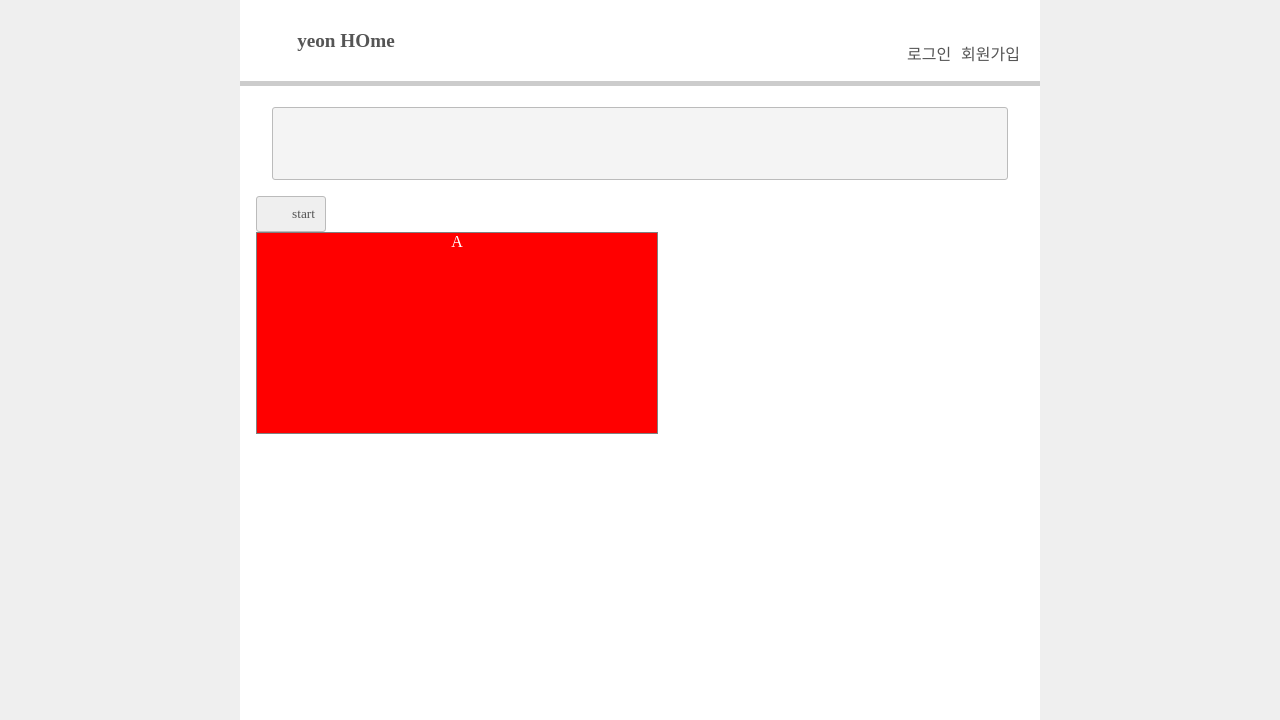
Repository: yeonhwa323/webPro
Page: webPro/src/main/webapp/jquery/days09/ex05_06.html
An editor plug-in stored every save of this project. The page is shown before and after the next save, followed by the edit.
The browser window is 1280 px wide. The pictures show the whole page.
Some web fonts or font styles are not loaded; a fallback is used.

Above is the page before, as saved 2024-04-17 06:22:28.

### webPro/src/main/webapp/jquery/days09/ex05_06.html
<!DOCTYPE html>
<html>
<head>
<meta charset="UTF-8">
<meta name="viewport" content="width=device-width, initial-scale=1.0">
<title>Insert title here</title>
<link rel="shortcut icon" type="image/x-icon" href="http://localhost/webPro/images/SiSt.ico">
<script src="https://ajax.googleapis.com/ajax/libs/jquery/3.7.1/jquery.min.js"></script>
<link rel="stylesheet" href="http://localhost/webPro/resources/cdn-main/example.css">
<script src="http://localhost/webPro/resources/cdn-main/example.js"></script>
<style>
 span.material-symbols-outlined{
   vertical-align: text-bottom;
 }
</style>
<style>
  .container{
    width: 400px;
    height: 200px;
    border:1px solid gray;
    position: relative;
    overflow: hidden;
  }
   .container div{
      height: 100%;
      width: 100%;
      position: absolute;
      color:white;
      text-align: center;
   }
   #box1{ background-color: red ; }
   #box2{ background-color: blue }
</style>

</head>
<body>
<header>
  <h1 class="main"><a href="#" style="position: absolute;top:30px;">yeon HOme</a></h1>
  <ul>
    <li><a href="#">로그인</a></li>
    <li><a href="#">회원가입</a></li>
  </ul>
</header>
<div>
  <xmp class="code">

  </xmp>

  <button>start</button>

<div class="container">
  <div id="box2">B</div>
  <div id="box1">A</div>
</div>

</div>

 <script>
  $("#box2").css("left", $("#box2").width());

  $("button").on("click", function(){
	  $(".container div:first")
	  	  .stop(true, true)
	  	  .animate( {left:"-=400px"}, { queue:false})
	  	  .next()
	  	    .stop(true, true)
	  	    .animate({left:"-=400px"}, function() {
	  	    	let box = $(this).prev().detach();
	  	    	$(".container").append( box );
	  	    	box.css("left", "400px");
	  	    });
  });

 </script>

</body>
</html>

### webPro/src/main/webapp/resources/cdn-main/example.css
@charset "UTF-8";

@import url('https://fonts.googleapis.com/css2?family=Material+Symbols+Outlined:opsz,wght,FILL,GRAD@20..48,100..700,0..1,-50..200');

@font-face {
    font-family: 'GmarketSansMedium';
    src: url('https://cdn.jsdelivr.net/gh/projectnoonnu/noonfonts_2001@1.1/GmarketSansMedium.woff') format('woff');
    font-weight: normal;
    font-style: normal;
}

:root {
	--text-color: #555;
	--sub-text-color: #777;
	--back-color: #EFEFEF;
	--header-color: #444;
	--primary-color: #DEDEDE;
	--secondary-color: #EFEFEF;
	--default-width: 800px;
	--narrow-width: 500px;
	--wide-width: 1200px;
	--text-font: 'GmarketSansMedium';
	--icon-font: 'Material Symbols Outlined';
	--border-color: #CCC;
}

html, body {
	margin: 0;
	padding: 0;
}

html {
	background-color: var(--back-color);
	display: flex;
	justify-content: center;
	min-height: 100vh;
}

body, body.default {
	width: var(--default-width);
	background-color: white;
	padding-bottom: 120px;
}

body.wide {
	width: var(--wide-width);
}

body.narrow {
	width: var(--narrow-width);
}



body, p, div, span, a, input, select, option, textarea, button, table, th, td, label, fieldset, legend {
	font-family: var(--text-font);
	color: var(--text-color);
}

h1, h2, h3 {
	font-family: var(--text-font);
	color: var(--header-color);
	padding: 0 1rem;
	padding-top: .5rem;
}

div > h1, div > h2, div > h3 {
	padding: 0;
}

body > div, body > main > div {
	padding: 0.3rem 1rem;
}


h1 { font-size: 2rem; border-bottom: 1px solid var(--border-color); }
h1 small { font-size: 1.2rem; color: var(--sub-text-color); }
h2 { font-size: 1.5rem; border-bottom: 1px dashed var(--border-color); }
h2 small { font-size: 1.1rem; color: --sub-text-color; }
h3 { font-size: 1.2rem; }
h3 small { font-size: 1rem; color: --sub-text-color; }



h1.main::before {
	font-family: var(--icon-font);
  	content: '\e666';
  	margin-right: 10px;
  	float: left;
	font-size: 2.5rem;
}

h1.sub::before {
	font-family: var(--icon-font);
  	content: '\ea19';
  	margin-right: 10px;
  	float: left;
	font-size: 2.5rem;
}


h1.page::before {
	font-family: var(--icon-font);
  	content: '\e0e0';
  	margin-right: 10px;
  	float: left;
	font-size: 2.5rem;
}

body > header > ul > li > .active{
	background-color: #FFF;
	color:#F00;
}

body > header {
	display: flex;
	justify-content: space-between;
	border-bottom: 5px solid var(--border-color);
	min-height: 74px;
	background-color: #FFF;
}

body > header.sticky {
	position: sticky;
	top: 0;
	z-index: 98;
}

body > header > h1 {
	font-size: 1.2rem;
	border: 0;
}

body > header.in > h1::before {
	font-family: var(--icon-font);
  	content: '\e332‥';
  	margin-right: 3px;
  	float: left;
	font-size: 2rem;
}


body > header > ul {
	list-style-type: none;
	display: flex;
	align-items: flex-end;
	margin-right: 10px;
}

body > header > ul > li {
	margin-right: 10px;
	cursor: pointer;
}

body > header > ul > li > a {
	cursor: pointer;
}


form {
	display: block;
}

form > div {
	padding: 0.3rem 1rem;
}

div > form > div {
	padding: 0.3rem 0;
}

input, textarea, button, select {
	border: 1px solid #BBB;
	border-radius: 3px;
	outline: none;
	resize: none;
	padding: 7px;
	margin: 0;
}

input[type=text]:read-only, textarea:read-only {
	cursor: not-allowed;
	background-color: #FFF;
}

input[type=text]:disabled, textarea:disabled {
	cursor: not-allowed;
	background-color: #EEE;
}

input[type=text], input[type=password], textarea, button, select {
	/* width: 300px; */
}

textarea {
	display: block;
	height: 100px;
}

input[type=button], input[type=submit], button {
	/* width: inherit; */
}

input.short, textarea.short, button.short, select.short {
	width: 100px;
}

input.long, textarea.long, button.long, select.long {
	width: 350px;
}

.narrow input.long, .narrow textarea.long, .narrow button.long, .narrow select.long {
	width: calc(100% - 20px);
}

input.full, textarea.full, button.full, select.full {
	width: calc(100% - 20px);
}

textarea.short {
	height: 50px;
}

textarea.long {
	height: 100px;
}

textarea.full {
	height: 200px;
}

input, textarea {
	padding-top: 8px;
}

input[type=button], input[type=submit], button {
	padding: 5px 10px;
	background-color: var(--secondary-color);
	cursor: pointer;
	min-height: 36px;
}

input[type=button].primary, input[type=submit].primary, button.primary {
	/* background-color: rgba(100, 149, 237, .2); */
	background-color: var(--primary-color);
}

input[type=button].primary:hover, input[type=submit].primary:hover, button.primary:hover {
	/* background-color: rgba(100, 149, 237, .3); */
	background-color: var(--secondary-color);
}

input[type=button]:hover, input[type=submit]:hover, button:hover {
	background-color: var(--primary-color);
}

button {
	position: relative;
	left: 0;
	top: 0;
	padding-left: 35px;
}

button .material-symbols-outlined {
	position: absolute;
	left: 10px;
	top: 4px;
}

/* k2nik add */
button.login::before {
	font-family: var(--icon-font);
  	content: '\ea77';
	position: absolute;
	left: 11px;
	top: 4px;
	font-size: 1.25rem;
}

/* k2nik logout */
button.logout::before {
	font-family: var(--icon-font);
  	content: '\e9ba';
	position: absolute;
	left: 11px;
	top: 4px;
	font-size: 1.25rem;
}

/* k2nik help */
button.help::before {
	font-family: var(--icon-font);
  	content: '\f1c0';
	position: absolute;
	left: 11px;
	top: 4px;
	font-size: 1.25rem;
}

button.add::before{
	font-family: var(--icon-font);
  	content: '\e746';
	position: absolute;
	left: 11px;
	top: 4px;
	font-size: 1.25rem;
}

button.back::before {
	font-family: var(--icon-font);
  	content: '\e166';
	position: absolute;
	left: 11px;
	top: 4px;
	font-size: 1.25rem;
}

button.list::before {
	font-family: var(--icon-font);
  	content: '\e0ee';
	position: absolute;
	left: 11px;
	top: 4px;
	font-size: 1.25rem;
}


button.del::before {
	font-family: var(--icon-font);
  	content: '\e872';
	position: absolute;
	left: 11px;
	top: 4px;
	font-size: 1.25rem;
}


button.edit::before {
	font-family: var(--icon-font);
  	content: '\e745';
	position: absolute;
	left: 11px;
	top: 4px;
	font-size: 1.25rem;
}


button.login::before {
	font-family: var(--icon-font);
  	content: '\ea77';
	position: absolute;
	left: 11px;
	top: 4px;
	font-size: 1.25rem;
}


button.logout::before {
	font-family: var(--icon-font);
  	content: '\e9ba';
	position: absolute;
	left: 11px;
	top: 4px;
	font-size: 1.25rem;
}


button.in::before {
	font-family: var(--icon-font);
  	content: '\f71a';
	position: absolute;
	left: 11px;
	top: 4px;
	font-size: 1.25rem;
}


button.out::before {
	font-family: var(--icon-font);
  	content: '\f70e';
	position: absolute;
	left: 11px;
	top: 4px;
	font-size: 1.25rem;
}


button.reply::before {
	font-family: var(--icon-font);
  	content: '\e15e';
	position: absolute;
	left: 11px;
	top: 4px;
	font-size: 1.25rem;
}


button.comment::before {
	font-family: var(--icon-font);
  	content: '\e0b9';
	position: absolute;
	left: 11px;
	top: 4px;
	font-size: 1.25rem;
}


button.modal::before {
	font-family: var(--icon-font);
  	content: '\e89e';
	position: absolute;
	left: 11px;
	top: 4px;
	font-size: 1.25rem;
}


button.ok::before {
	font-family: var(--icon-font);
  	content: '\e86c';
	position: absolute;
	left: 11px;
	top: 4px;
	font-size: 1.25rem;
}


button.cancel::before {
	font-family: var(--icon-font);
  	content: '\e5c9';
	position: absolute;
	left: 11px;
	top: 4px;
	font-size: 1.25rem;
}

button.search::before {
	font-family: var(--icon-font);
  	content: '\e8b6';
	position: absolute;
	left: 11px;
	top: 4px;
	font-size: 1.25rem;
}

button.home::before {
	font-family: var(--icon-font);
  	content: '\e88a';
	position: absolute;
	left: 11px;
	top: 4px;
	font-size: 1.25rem;
}


button.sidebar::before {
	font-family: var(--icon-font);
  	content: '\f7e4';
	position: absolute;
	left: 11px;
	top: 4px;
	font-size: 1.25rem;
}


button.sidebar-right::before {
	font-family: var(--icon-font);
  	content: '\f7e5';
	position: absolute;
	left: 11px;
	top: 4px;
	font-size: 1.25rem;
}




button::before {
	font-family: var(--icon-font);
  	content: '\e323';
	position: absolute;
	left: 11px;
	top: 4px;
	font-size: 1.25rem;
}


table {
	border-collapse: collapse;
	margin: 1rem;
	box-sizing: border-box;
	width: calc(100% - 32px);
}

table.content {
	width: auto;
}

div > table {
	margin: 0;
}

table th, table td {
	border: 1px solid var(--border-color);
	padding: 7px;
	font-weight: normal;
}

table th {
	background-color: var(--back-color);
}

table.vertical th {
	width: 150px;
}

table.vertical td {
	width: calc(100% - 182px);
	padding-left: 10px;
}

table.content td, table.content th {
	width: auto;
}

body.narrow table.vertical th {
	width: 100px;
}

body.narrow table.vertical td {
	width: calc(100% - 182px);
}


table + table {
	margin-top: 30px;
}


p {
	padding: 0 1rem;
}

a {
	text-decoration: none;
}

a:hover {
	color: rgba(255, 99, 71, .7);
}

hr {
	border: 0;
	border-top: 1px solid var(--border-color);
	margin: 2rem 0;
}

.message {
	border: 1px solid var(--border-color);
	background-color: #EFEFEF;
	margin: 1rem;
	width: auto;
	padding-top: 10px;
	padding-bottom: 10px;
	font-size: 14px;
}

.message[title]::before {
	content: attr(title);
	display: block;
	border-bottom: 1px solid var(--border-color);
	padding-bottom: 5px;
	margin-bottom: 10px;
	margin-top: 7px;
}

.message.short {
	max-width: 250px;
}

.message.long {
	max-width: 500px;
}

.badge {
	float: right;
	font-size: .8rem;
	margin-top: 2px;
	margin-right: 2px;
	text-shadow: 0 0 7px gray;
}

.badge.left {
	float: none;
	margin-left: 2px;
}

.badge.right {
	float: right;
}

.badge.red {
	border-radius: 50%;
	padding: 2px 5px;
	background-color: rgb(255, 99, 71, .3);
}

.badge.yellow {

	border-radius: 50%;
	padding: 2px 5px;
	background-color: rgb(255, 215, 0, .5);
}

.badge.blue {
	border-radius: 50%;
	padding: 2px 5px;
	background-color: rgb(100, 149, 237, .3);
}

label + label {
	margin-left: 7px;
}

label input[type=checkbox], label input[type=radio] {
	transform: translate(0, 1px);
}

.group {
	display: flex;
}

.modal-content .group {
	margin-bottom: .5rem;
}

.group label {
	border: 1px solid #BBB;
	border-radius: 3px;
	outline: none;
	resize: none;
	padding: 7px 14px;
	margin: 0;
	border-top-right-radius: 0;
	border-bottom-right-radius: 0;
	background-color: #EFEFEF;
	white-space: nowrap;
	font-size: 14px;
}

.group input[type=text] {
	margin-left: -1px;
	border-top-left-radius: 0;
	border-bottom-left-radius: 0;
}

.group select {
	margin-left: -1px;
	border-top-left-radius: 0;
	border-bottom-left-radius: 0;
}

.group input.full[type=text] {
	margin-left: -1px;
	border-top-left-radius: 0;
	border-bottom-left-radius: 0;
	width: 100%;
}

.group input[type=button]:first-child, .group button:first-child {
	border-top-left-radius: 3px;
	border-bottom-left-radius: 3px;
	margin-left: 0px;
}

.group input[type=button], .group button {
	border-radius: 0;
	margin-left: -1px;
}

.group input[type=button]:last-child, .group button:last-child {
	margin-left: -1px;
	border-top-right-radius: 3px;
	border-bottom-right-radius: 3px;
}

.seperate {
	display: flex;
	justify-content: space-between;
}

div.list {
	width: max-content;
	margin: 1rem;
	border: 1px solid #BBB;
	border-radius: 3px;
	padding: 0;
}

div.list.full {
	width: auto;
	display: block;
	margin: 1rem;
	border: 1px solid #BBB;
	border-radius: 3px;
	padding: 0;
}

div.list > div {
	padding: .5rem 1rem;
	margin: 0;
	border-bottom: 1px solid #BBB;
}

div.list > div:last-child {
	border-bottom: 0;
}

pre.code , xmp.code{
	font-family: consols;
	background-color: rgba(150, 150, 150, .1);
	border: 1px solid #BBB;
	border-radius: 3px;
	padding: .5rem 1rem;
	padding-bottom: .6rem;
	margin: 1rem;
}




*[data-modal-window] {
	position: fixed;
	background-color: rgba(0, 0, 0, .3);
	left: 0;
	top: 0;
	display: none;
	justify-content: center;
	align-items: flex-start;
	width: 100%;
	min-height: 100vh;
	z-index: 100;
	opacity: 0;
	transition: 500ms all;
}

*[data-modal-window] .modal-container {
	border-radius: 5px;
	padding: 1rem;
	padding-bottom: .5rem;
	margin-top: -500px;
	opacity: 0;
	width: 500px;
	background-color: #FFF;
	margin-right: 2rem;
	transition: 500ms all;
}

*[data-modal-size=content] .modal-container {
	width: auto;
}

*[data-modal-size=narrow] .modal-container {
	width: 300px;
}

*[data-modal-size=wide] .modal-container {
	width: 760px;
}


*[data-modal-window] .modal-header {
	border-bottom: 1px solid var(--border-color);
	padding: 2px 5px;
}

*[data-modal-window] .modal-content {
	padding: 1rem 5px;
}

*[data-modal-window] .modal-content div:last-child {
	margin-top: 1rem;
	text-align: right;
}



*[data-sidebar-window] {
	position: fixed;
	background-color: #FFF;
	left: 0;
	top: 0;
	display: block;
	width: 300px;
	border-right: 1px solid var(--border-color);
	box-sizing: border-box;
	box-shadow: 0 0 3px var(--back-color);
	min-height: 100vh;
	z-index: 99;
	transform: translate(-300px, 0);
	transition-duration: 500ms;
	transition-property: transform;
}

*[data-sidebar-direction=right] {
	left: auto;
	right: 0;
	transform: translate(300px, 0);
	border-left: 1px solid var(--border-color);
}

*[data-sidebar-size=wide] {
	width: 500px;
	transform: translate(-500px, 0);
}

*[data-sidebar-window] .sidebar-title {
	border-bottom: 1px solid var(--border-color);
	margin-top: 20px;
	margin-bottom: 20px;
	padding-bottom: 5px;
	display: flex;
	justify-content: space-between;
}

*[data-sidebar-window] .sidebar-title span:last-child {
	cursor: pointer;
}


/* K2Nik pagination */
.center {
  text-align: center;
}

.pagination {
  display: inline-block;
}

.pagination a {
  color: black;
  float: left;
  padding: 3px 6px;
  text-decoration: none;
  transition: background-color .3s;
  border: 1px solid #ddd;
  margin: 0 3px;
}

.pagination a.active {
  background-color: #4CAF50;
  color: white;
  border: 1px solid #4CAF50;
}

.pagination a:hover:not(.active) {background-color: #ddd;}

### webPro/src/main/webapp/resources/cdn-main/example.js

window.onload = () => {

    const list = document.querySelectorAll('input, textarea');

    list.forEach(item => {
        item.setAttribute('autocomplete', 'off');
    });


    const modal_btn_list = document.querySelectorAll('*[data-modal-button]');

    modal_btn_list.forEach(item => {
        item.onclick = function() {

            const name = this.dataset['modalButton'];
            const modal_window = document.querySelector('*[data-modal-window=' + name);

            const container = document.createElement('div');
            container.className = 'modal-container';



            const modal_header = document.createElement('div');
            modal_header.textContent = modal_window.dataset['modalTitle'];
            modal_header.className = 'modal-header';
            container.appendChild(modal_header);

            const modal_content = document.createElement('div');
            modal_content.className = 'modal-content';
            container.appendChild(modal_content);

            Array.from(modal_window.childNodes).forEach(item => {
                modal_content.appendChild(item);
            });

            modal_window.appendChild(container);

            modal_window.style.display = 'flex';

            setTimeout(() => {
                modal_window.style.opacity = 1;
                container.style.marginTop = '20px';
                container.style.opacity = 1;
            }, 50);


            const modal_ok = document.querySelector('*[data-modal-ok=' + name);
            modal_ok.addEventListener('click', function() {
                modal_window.style.opacity = 0;
                container.style.marginTop = '-500px';
                container.style.opacity = 0;

                setTimeout(() => {
                    modal_window.innerHTML = modal_content.innerHTML;
                    modal_window.style.display = 'none';
                }, 500);

            });

            const modal_cancel = document.querySelector('*[data-modal-cancel=' + name);
            modal_cancel.addEventListener('click', function() {

                modal_window.style.opacity = 0;
                container.style.marginTop = '-500px';
                container.style.opacity = 0;

                setTimeout(() => {
                    modal_window.innerHTML = modal_content.innerHTML;
                    modal_window.style.display = 'none';
                }, 500);
            });


        };
    });


    const sidebar_btn_list = document.querySelectorAll('*[data-sidebar-button]');

    sidebar_btn_list.forEach(item => {
        item.onclick = function() {



            const name = this.dataset['sidebarButton'];
            const sidebar_window = document.querySelector('*[data-sidebar-window=' + name);

            if (sidebar_window.style.transform == 'translate(0px, 0px)') return;



            sidebar_window.style.transform = 'translate(0, 0)';

            const sidebar_title = document.createElement('div');
            sidebar_title.className = 'sidebar-title';
            sidebar_title.innerHTML = '<span>' + sidebar_window.dataset['sidebarTitle'] + '</span><span class="material-symbols-outlined">close</span>';

            sidebar_title.children[1].onclick = function() {

                let sign = 1;
                let distance = 300;

                if (sidebar_window.dataset['sidebarDirection'] != 'right') {
                    sign = -1;
                } else {
                    sign = 1;
                }

                if (sidebar_window.dataset['sidebarSize'] != 'wide') {
                    distance = 300;
                } else {
                    distance = 500;
                }

                distance *= sign;

                sidebar_window.style.transform = 'translate(' + distance + 'px, 0)';

                setTimeout(function() {
                    sidebar_window.removeChild(sidebar_window.children[0]);
                }, 500);
            };


            sidebar_window.prepend(sidebar_title);

        }
    });

};

// window.onkeydown = function(event) {

//     if (event.keyCode == 27) {
//         if (document.querySelector('[data-modal-window').style.display == 'flex') {
//             document.querySelector('[data-modal-window').style.display = 'none';
//         }
//     }

// };

After the next save:
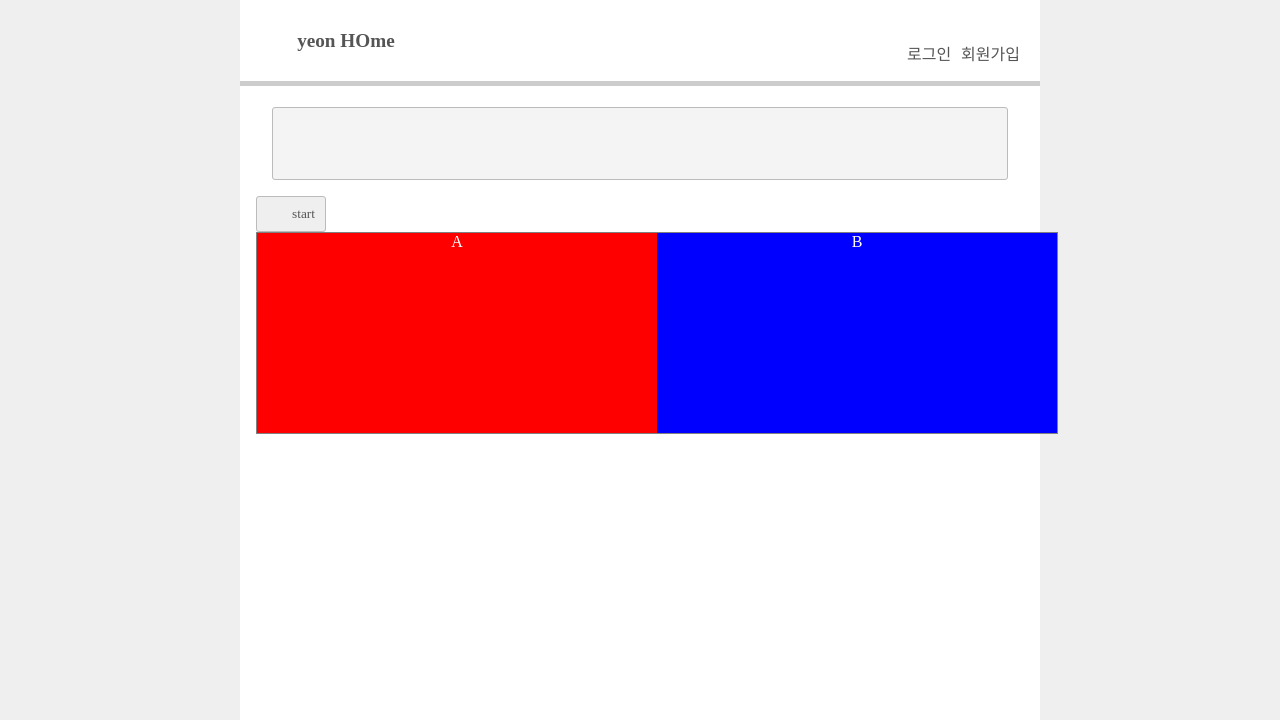
Saved 39 s later.
--- a/webPro/src/main/webapp/jquery/days09/ex05_06.html
+++ b/webPro/src/main/webapp/jquery/days09/ex05_06.html
@@ -15,7 +15,7 @@
 </style>
 <style>
   .container{
-    width: 400px;
+    width: 800px;
     height: 200px;
     border:1px solid gray;
     position: relative;
@@ -23,7 +23,7 @@
   }
    .container div{
       height: 100%;
-      width: 100%;
+      width: 400px;
       position: absolute;
       color:white;
       text-align: center;

After the save that followed:
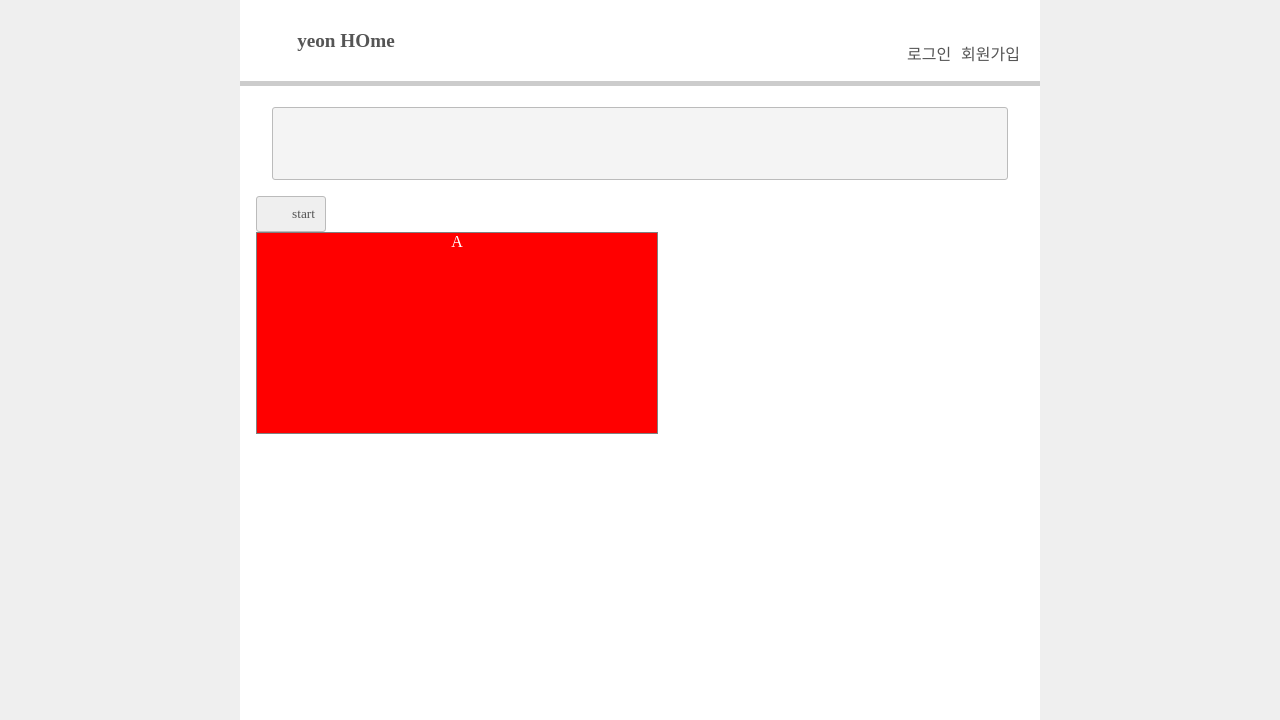
Saved 62 s later.
--- a/webPro/src/main/webapp/jquery/days09/ex05_06.html
+++ b/webPro/src/main/webapp/jquery/days09/ex05_06.html
@@ -15,7 +15,7 @@
 </style>
 <style>
   .container{
-    width: 800px;
+    width: 400px;
     height: 200px;
     border:1px solid gray;
     position: relative;
@@ -23,7 +23,7 @@
   }
    .container div{
       height: 100%;
-      width: 400px;
+      width: 100%;
       position: absolute;
       color:white;
       text-align: center;
